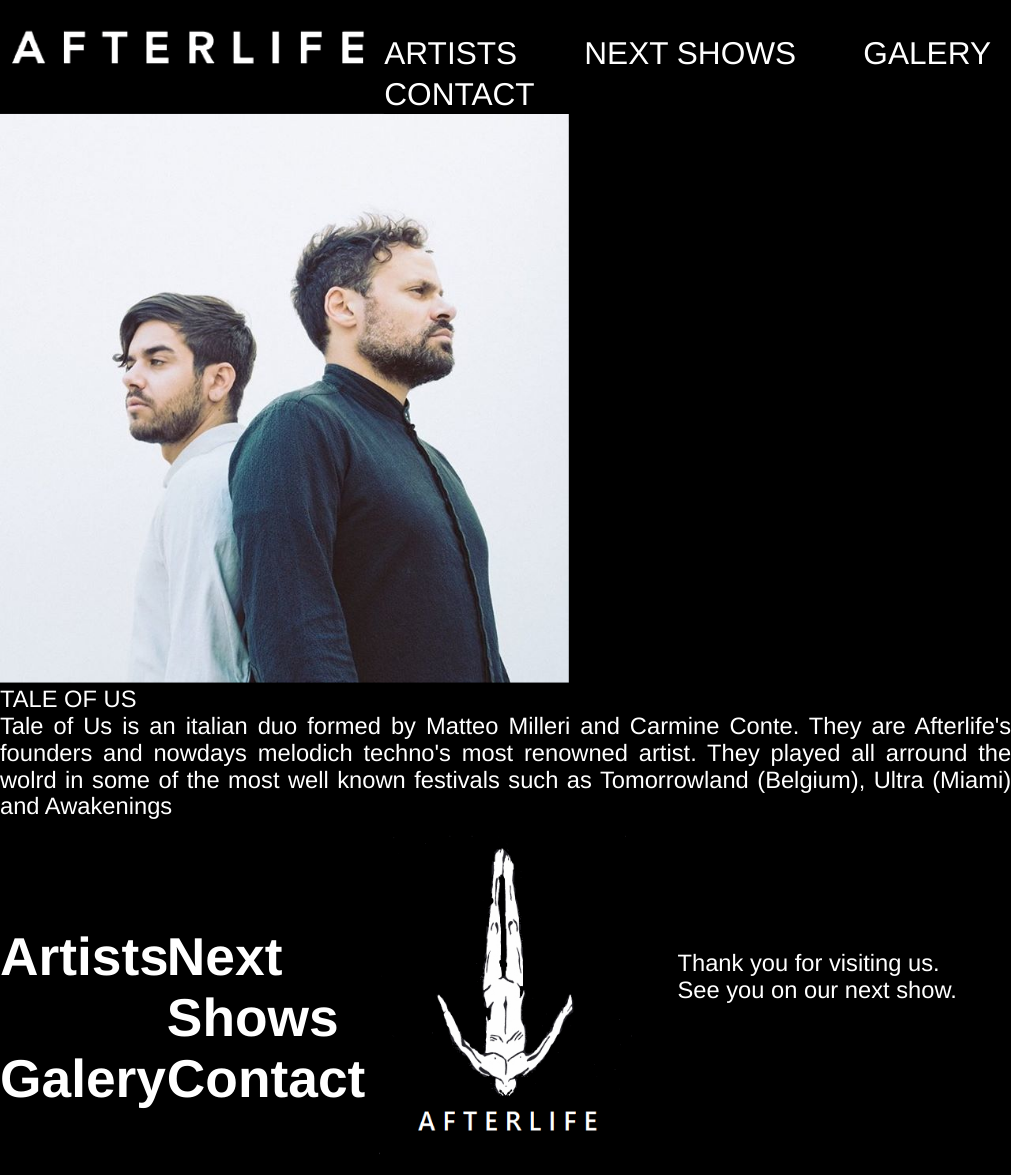
Repository: francoG98/Afterlife-Coderhouse-pre-entrega-2
Page: views/artists.html
These files come from the project's save history. The page is drawn as it stood at one moment and after a run of saves; the edit follows.
The browser window is 1280 px wide. The pictures show the whole page, at 79% of full size.

Above is the page before, as saved 2023-04-29 16:13:18.

### views/artists.html
<!DOCTYPE html>
<html lang="en">
<head>
    <meta charset="UTF-8">
    <meta http-equiv="X-UA-Compatible" content="IE=edge">
    <meta name="viewport" content="width=device-width, initial-scale=1.0">
    <link rel="stylesheet" href="../css/style.css">
    <link rel="stylesheet" href="../css/artists-main.css">
    <title>ARTISTS</title>
</head>
<body>
    <header>
        <div>
            <a href="../index.html"> <img class="logo" src="../source/logo.png" href="logo"> </a>
        </div>

        <nav class="navbar-header">
            <ul>
                <li>
                    <a class="element-navbar-top" href="artists.html"> ARTISTS </a>
                </li>
                <li>
                    <a class="element-navbar-top" href="nextShows.html"> NEXT SHOWS </a>
                </li>
                <li>
                    <a class="element-navbar-top" href="galery.html"> GALERY </a>
                </li>
                <li>
                    <a class="element-navbar-top" href="contact.html"> CONTACT </a>
                </li>
            </ul>
        </nav>
    </header>
    <main>
        <div class="artist">
            <img src="../source/artist_photos/tale_of_us.png" href="tale_of_us">
            <p class="artist_name">TALE OF US</p>
            <p>Tale of Us is an italian duo formed by Matteo Milleri and Carmine Conte. They are Afterlife's founders and nowdays melodich techno's most renowned artist. They played all arround the wolrd in some of the most well known festivals such as Tomorrowland (Belgium), Ultra (Miami) and Awakenings</p>
        </div>
    </main>
    <footer class="container-footer">
        <div class="navbar-footer">
            <ul>
                <li class="li-footer">
                    <h2><a href="artists.html"> Artists </a></h2>
                </li>
                <li class="li-footer">
                    <h2> <a href="nextShows.html"> Next Shows </a></h2>
                </li>
                <li class="li-footer">
                    <h2> <a href="galery.html"> Galery </a></h2>
                </li>
                <li class="li-footer">
                    <h2><a href="contact.html"> Contact </a></h2>
                </li>
            </ul>
        </div>

        <div class="logo-footer">
            <a href="../index.html"><img src="../source/afterlife_logo_footer.png" href="afterlife_logo_footer"></a>
        </div>
        <div class="p-footer">
            <p> Thank you for visiting us.</p>
            <p> See you on our next show. </p>
        </div>
    </footer>
</body>
</html>

### css/style.css
*{
    background-color: #000000;
    margin: 0px;
    padding: 0px;
    font-family: "proxima-nova","Helvetica Neue",Helvetica,Arial,sans-serif;

}

ul{
    display: flex;
    flex-wrap: wrap;
    justify-content: space-between;
    list-style-type: none;
    font-size: 45px;
    margin-top: 30px;
    vertical-align: center;
}


a{
    text-decoration: none;
    color: white;
    font: bold;

}
p{
    color: white;
    font-size: 30px;
    text-align: justify;
}
header{
    max-width: 100vw;
    margin-top: 10px;
    display: flex;
    flex-wrap: wrap;
    justify-content: space-between;
    position: relative;
}
footer{
    display: flex;
    flex-wrap: wrap;
    flex-direction: row;
    justify-content: space-between;
    margin-top: 20px;
}
.logo{
    margin-left: 2vh;
    position: absolute;
    margin-top: 4vh;
    width: 35%;
}
.navbar-header{
    margin-right: 2vw;
    width: 60vw;
    text-align: right;
    justify-content: space-between;

}
.element-navbar-top{
    font-size: 40px;
}
.navbar-footer{
    width: 33%;
    display: flex;
    flex-wrap: wrap;
    justify-content:center;
    align-items: center;
}
.afterlife_logo_footer{
    width: 33%;
    justify-content: left;
}
.p-footer{
    margin-top: 20vh;
    width: 33%;

}
.li-footer{

    width: 50%;
    justify-content: center;
    align-items: center
}

Loaded but not shown: css/artists-main.css (no stored copy; drawn as an empty file)

After the next 2 saves:
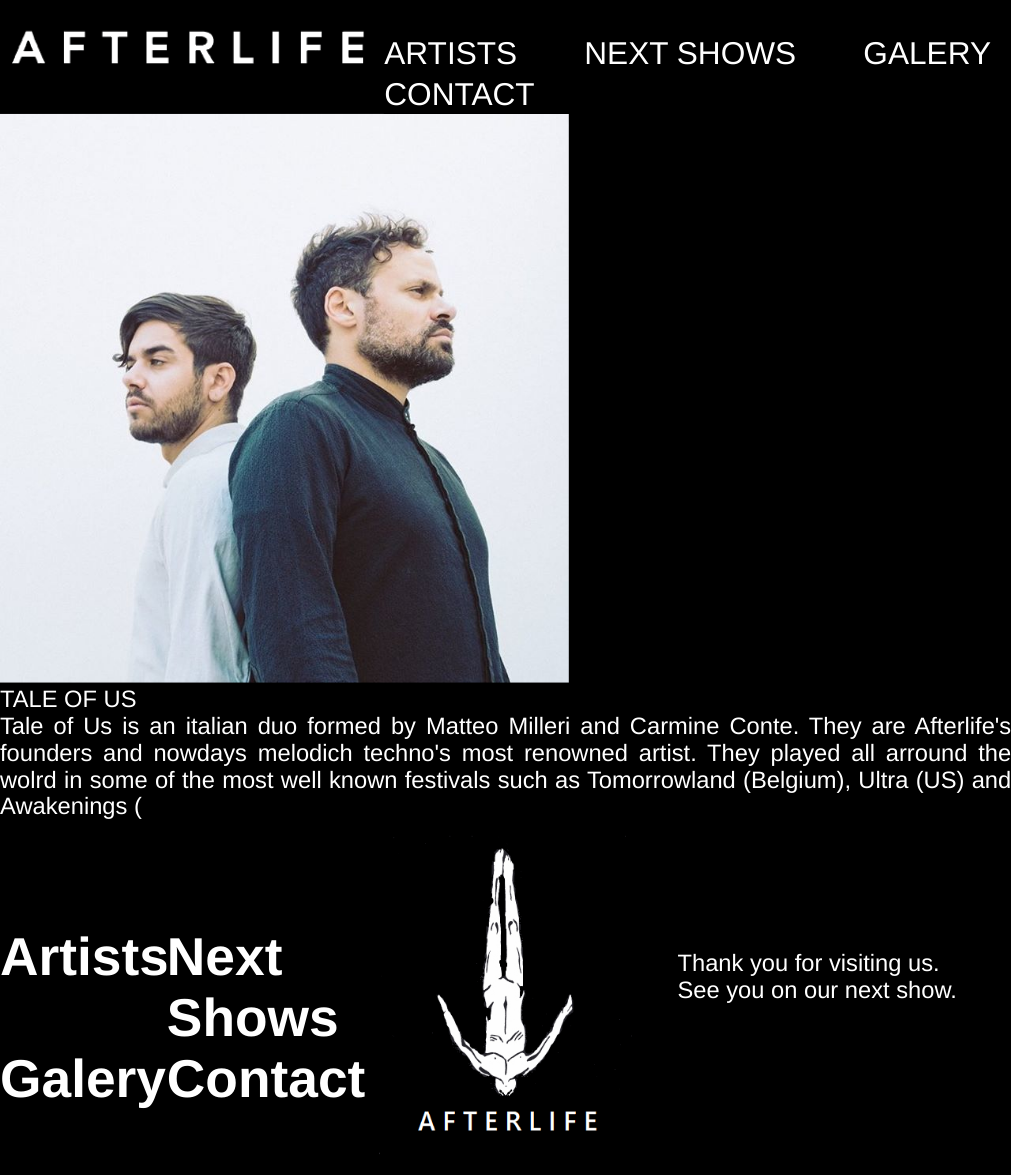
The 2 saves are shown as one change because they came seconds apart.
The last was saved 10 s later.
--- a/views/artists.html
+++ b/views/artists.html
@@ -35,7 +35,7 @@
         <div class="artist">
             <img src="../source/artist_photos/tale_of_us.png" href="tale_of_us">
             <p class="artist_name">TALE OF US</p>
-            <p>Tale of Us is an italian duo formed by Matteo Milleri and Carmine Conte. They are Afterlife's founders and nowdays melodich techno's most renowned artist. They played all arround the wolrd in some of the most well known festivals such as Tomorrowland (Belgium), Ultra (Miami) and Awakenings</p>
+            <p>Tale of Us is an italian duo formed by Matteo Milleri and Carmine Conte. They are Afterlife's founders and nowdays melodich techno's most renowned artist. They played all arround the wolrd in some of the most well known festivals such as Tomorrowland (Belgium), Ultra (US) and Awakenings (</p>
         </div>
     </main>
     <footer class="container-footer">
